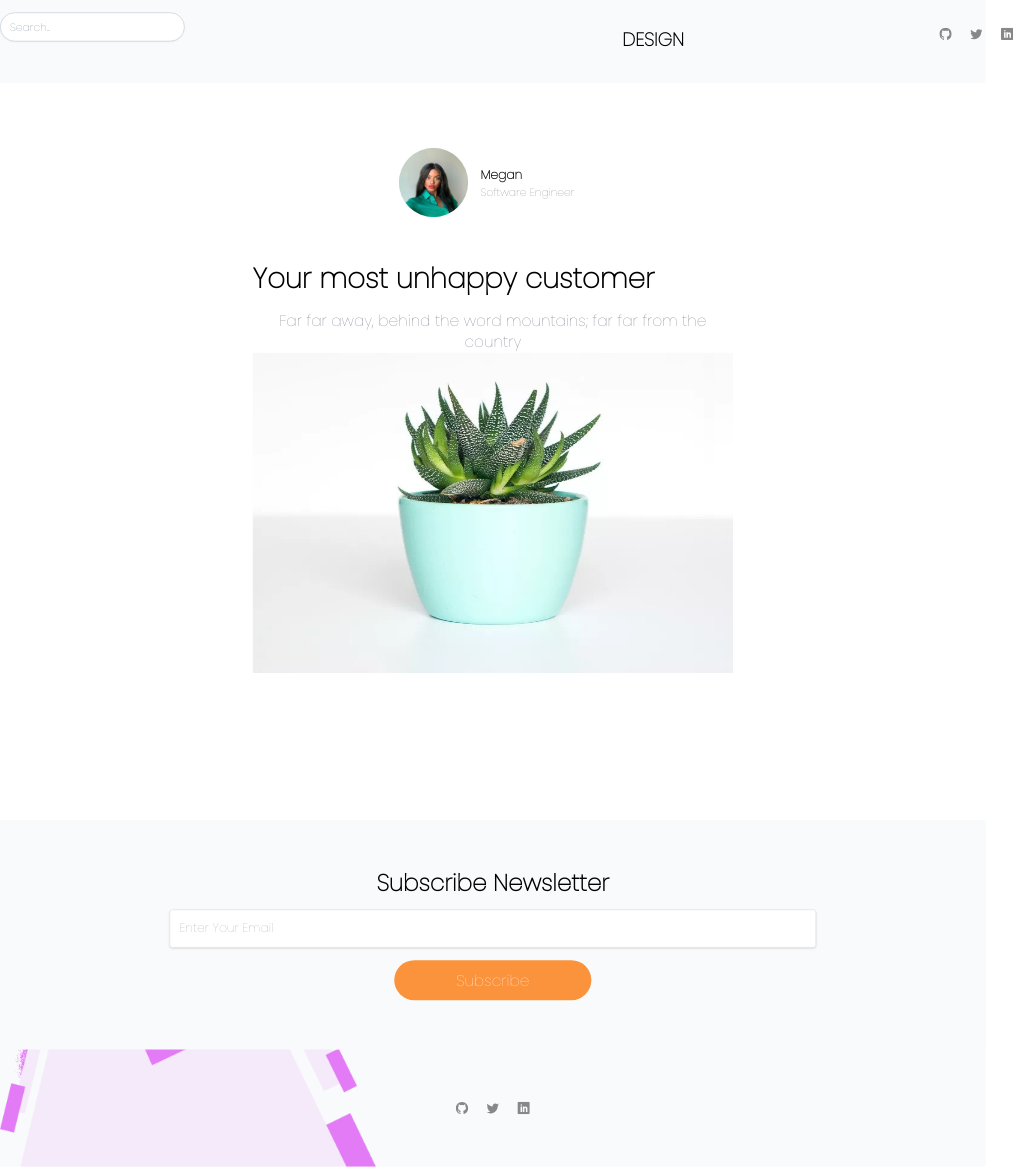
Repository: Megan74/blog5
Page: /posts/page
These files come from the project's save history. The page is drawn as it stood at one moment and after a run of saves; the edit follows.
The browser window is 1280 px wide. The page is 1316 px wide, so the pictures cover 1316 px, including what lies to the right of the window. The pictures show the whole page, at 77% of full size.
The project was rebuilt for these pictures with package versions that can differ from the ones it lists, and the page was loaded fresh each time. The framework's server and built-in components were replaced by stand-ins that run in the browser. Also part of the build but not shown: next.config.js.

Above is the page before, as saved 2022-07-03 17:54:36.

After the next 4 saves:
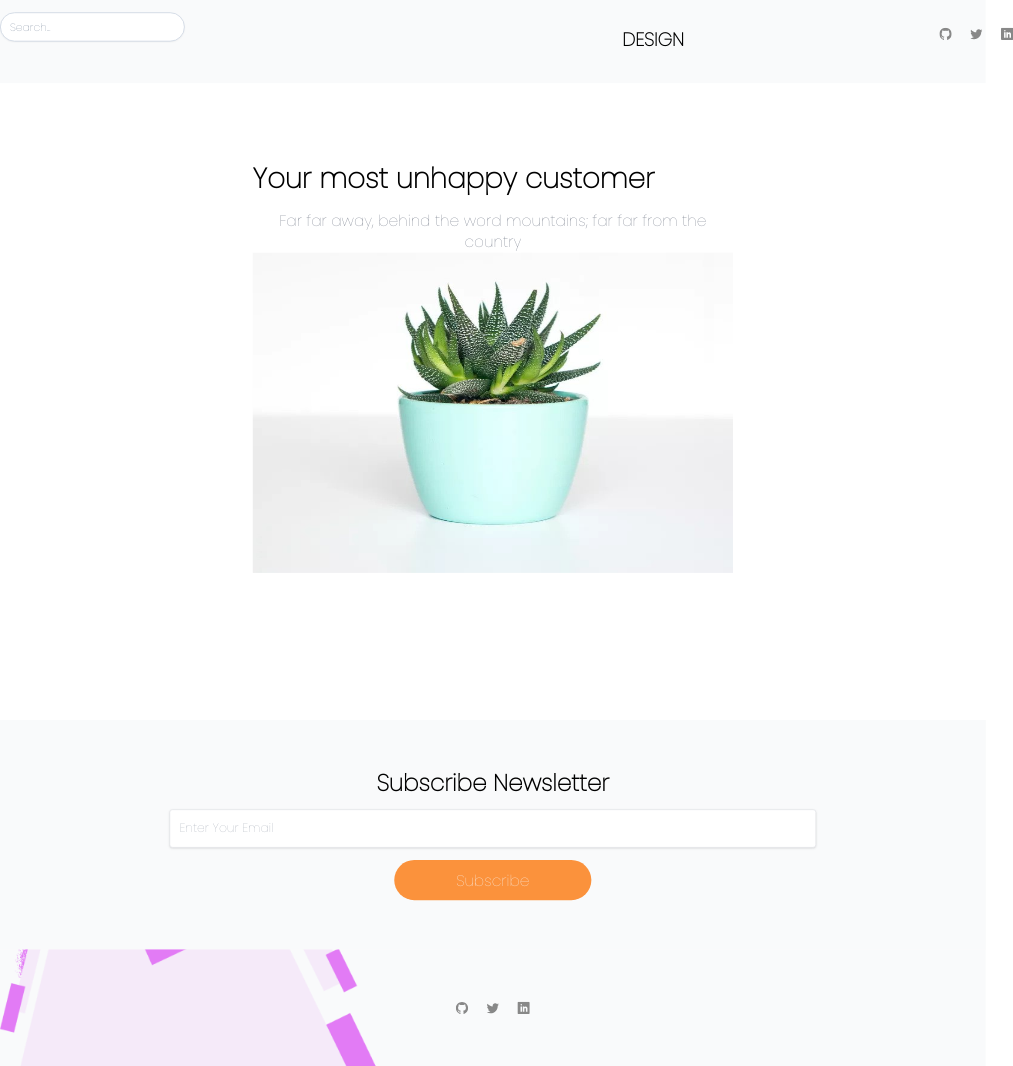
The 4 saves are shown as one change because 2 did not build or start and some came seconds apart.
The last was saved 34 s later.
--- a/components/_child/author.js
+++ b/components/_child/author.js
@@ -4,6 +4,7 @@ import Link from "next/link";
 
 
 export default function author ({name, img, designation}) {
+    if(!name && !img) return <></>
     return(
 
        <div className="author flex py-5">
